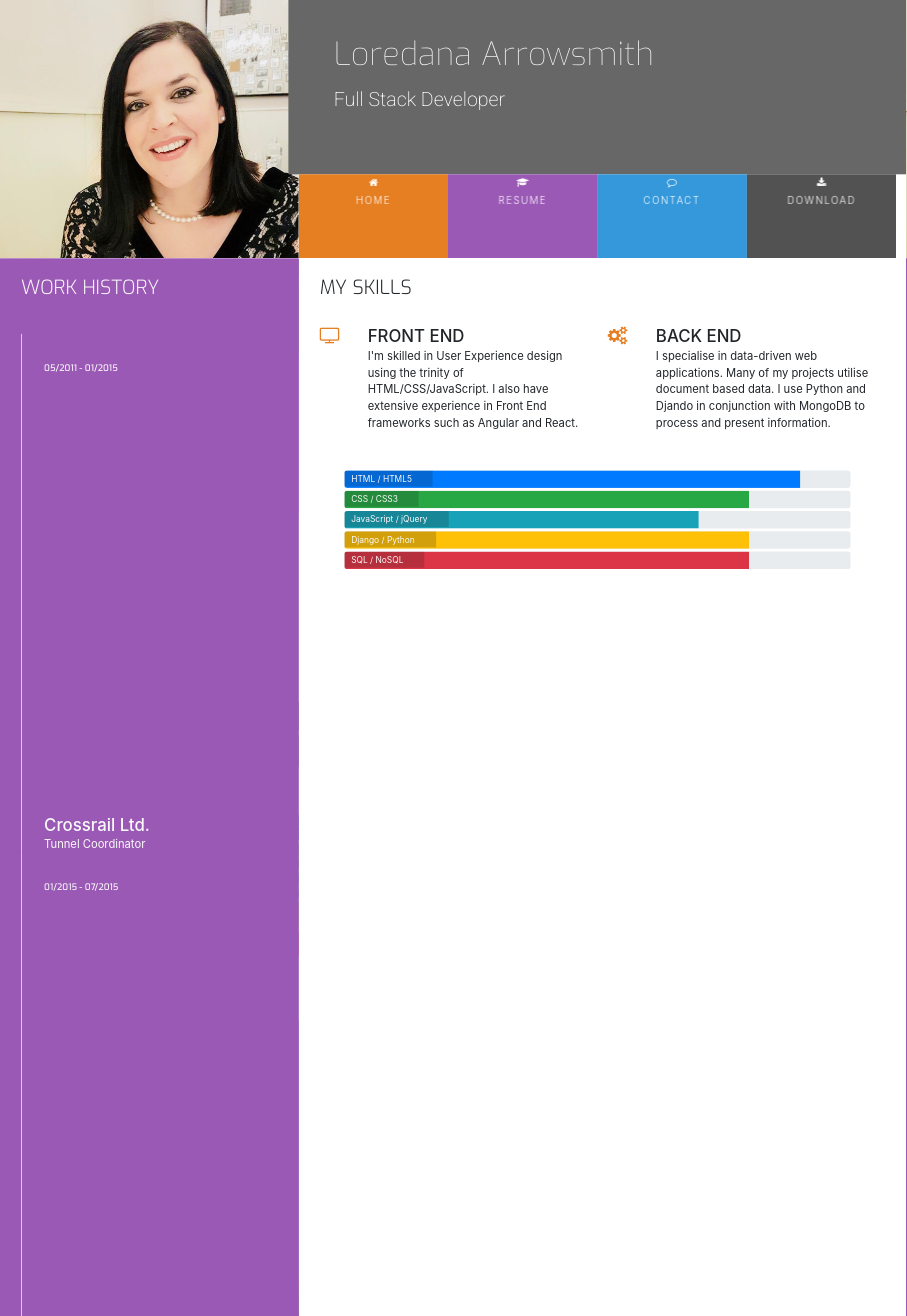
Repository: lolalongo11/Loredana-Resume
Page: resume.html
The author's editor kept a record of every edit. The page is drawn from the files as they stood at one moment, then again after the next edit.
The browser window is 1280 px wide. The page is 1295 px wide, so the pictures cover 1295 px, including what lies to the right of the window. The pictures show the part of the page from y = 0 to 1880 px (the page is 2890 px tall before and 3729 px after), at 70% of full size.

Above is the page before.

After the next edit:
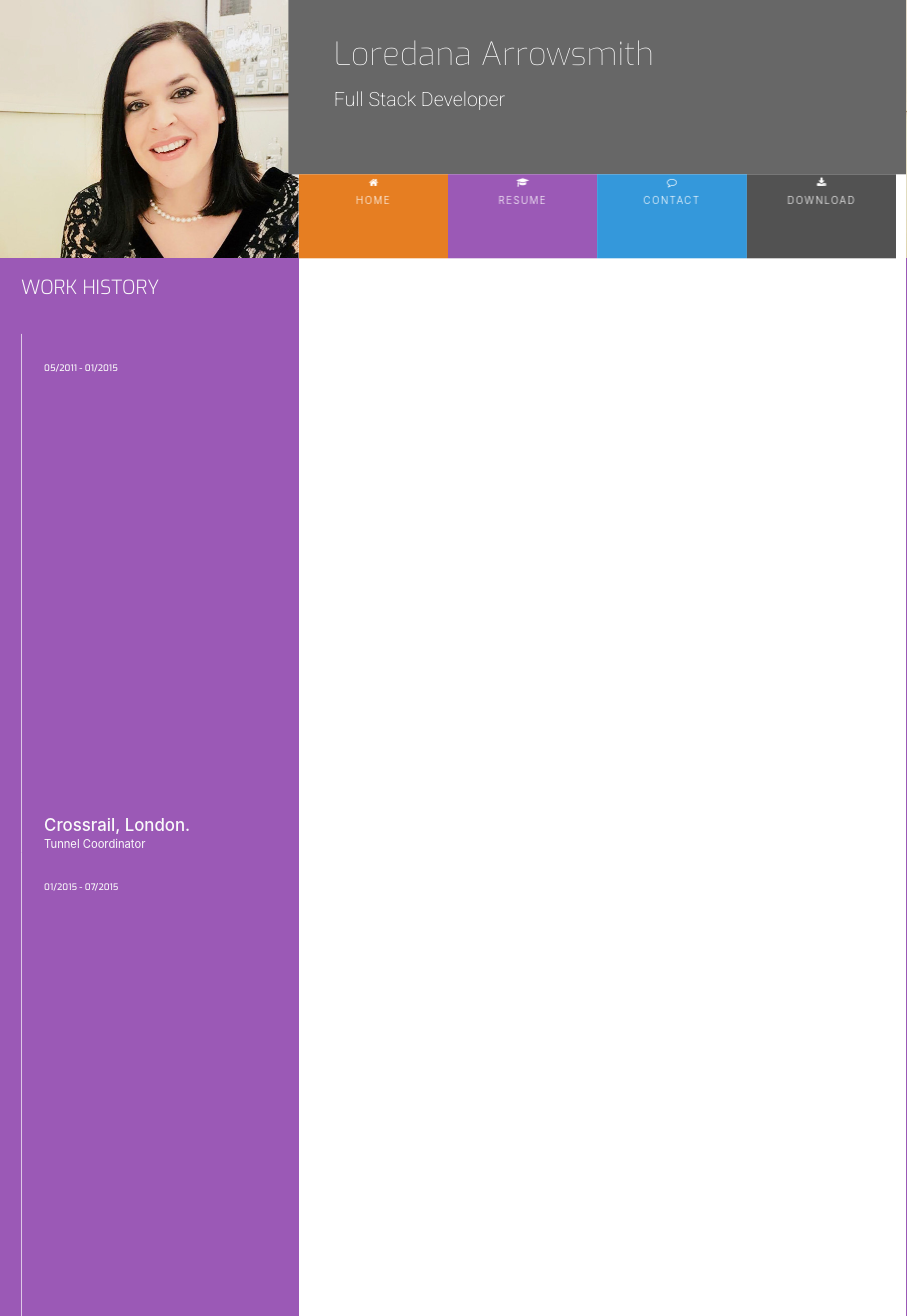
The edit:
--- a/resume.html
+++ b/resume.html
@@ -55,8 +55,9 @@
                         </h3>
                     </div>
                 </div>
+                <div class="history-items">
                 <div class="timeline-item" data-dates="05/2011 - 01/2015">
-                    <h4>Crossrail Ltd.</h4>
+                    <h4>Crossrail, London.</h4>
                     <p>Tunnel Coordinator</p>
                 </div>
                 <div class="timeline-item" data-dates="01/2015 - 07/2015">

After the edit that followed:
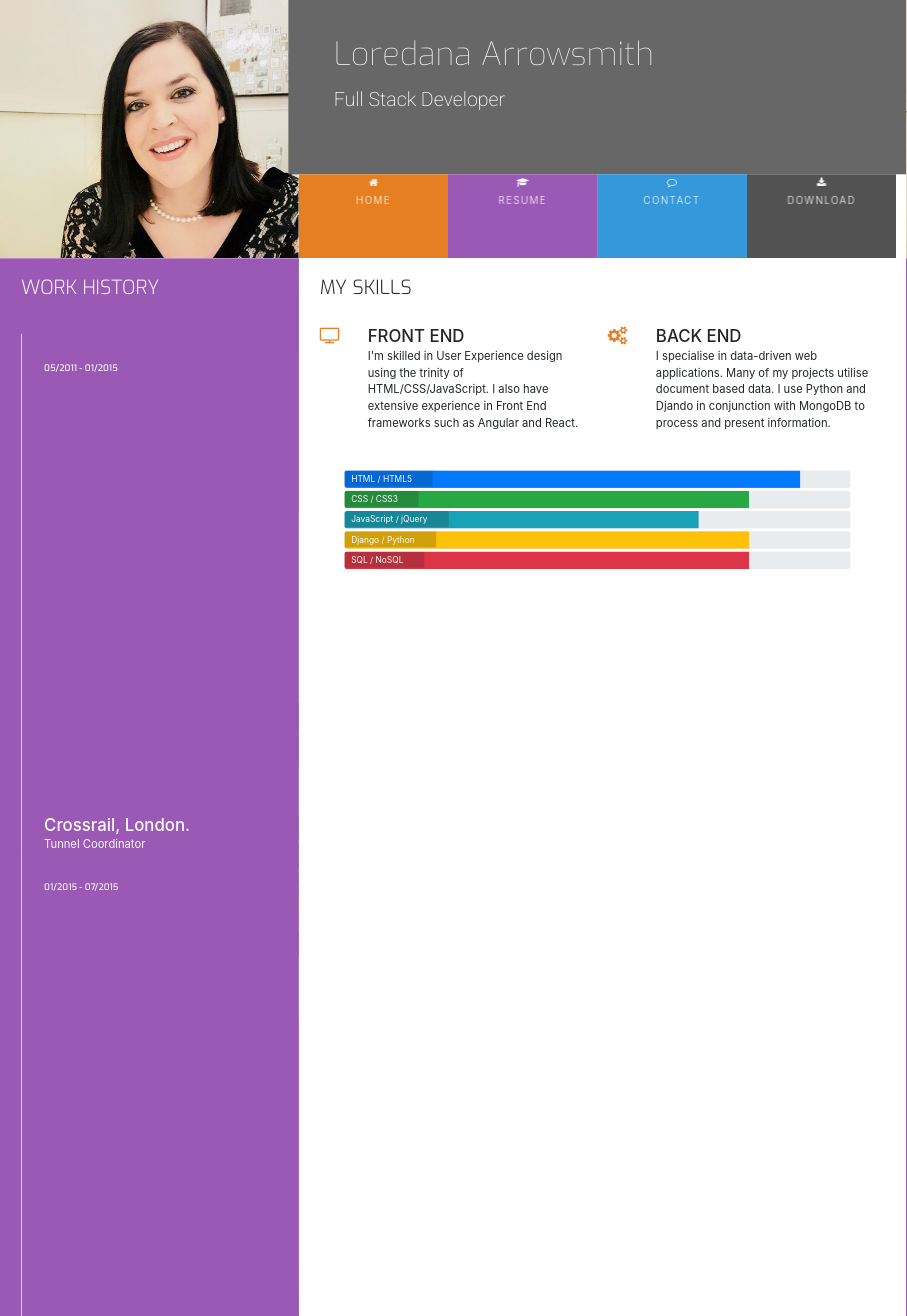
The edit:
--- a/resume.html
+++ b/resume.html
@@ -56,17 +56,18 @@
                     </div>
                 </div>
                 <div class="history-items">
-                <div class="timeline-item" data-dates="05/2011 - 01/2015">
-                    <h4>Crossrail, London.</h4>
-                    <p>Tunnel Coordinator</p>
-                </div>
-                <div class="timeline-item" data-dates="01/2015 - 07/2015">
-                    <h4>Costain Group, London.</h4>
-                    <p>System Analyst</p>
-                </div>
-                <div class="timeline-item" data-dates="07/2015 - Present">
-                    <h4>Tideway, London.</h4>
-                    <p>System Analyst</p>
+                    <div class="timeline-item" data-dates="05/2011 - 01/2015">
+                        <h4>Crossrail, London.</h4>
+                        <p>Tunnel Coordinator</p>
+                    </div>
+                    <div class="timeline-item" data-dates="01/2015 - 07/2015">
+                        <h4>Costain Group, London.</h4>
+                        <p>System Analyst</p>
+                    </div>
+                    <div class="timeline-item" data-dates="07/2015 - Present">
+                        <h4>Tideway, London.</h4>
+                        <p>System Analyst</p>
+                    </div>
                 </div>
             </div>
             <div class="col-md-8 bg-color-three-reasons section-column">
